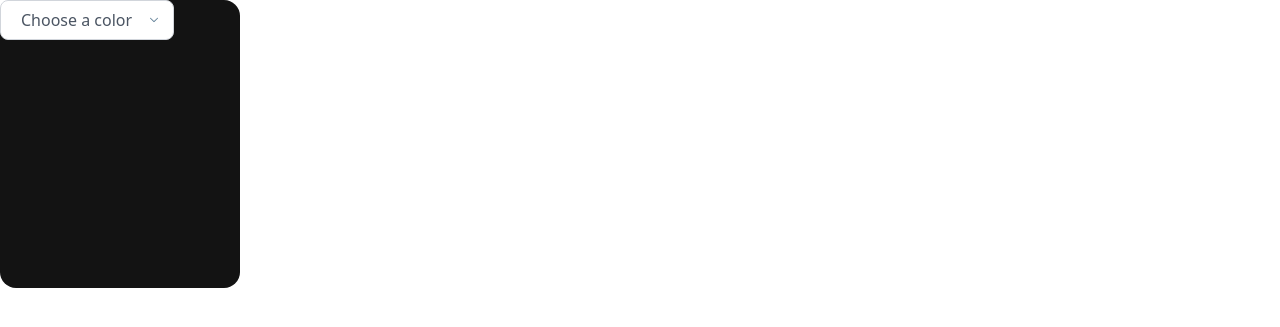
Repository: SayedJamil/Edvora-app
Page: /leftcard
The author's editor kept a copy of each file at every save. The page is drawn from the files as they stood at one save, then again after the next save.
The browser window is 1280 px wide. The pictures show the whole page.
The project was rebuilt for these pictures with package versions that can differ from the ones it lists, and the page was loaded fresh each time. The framework's server and built-in components were replaced by stand-ins that run in the browser. Also part of the build but not shown: next.config.js.

Above is the page before, as saved 2021-12-19 15:53:51.

### pages/leftcard.js
function leftcard() {
    return (
        <div className="h-72 w-60 bg-[#131313] rounded-2xl">

            <div class="relative inline-flex">
                <svg class="w-2 h-2 absolute top-0 right-0 m-4 pointer-events-none" xmlns="http://www.w3.org/2000/svg" viewBox="0 0 412 232"><path d="M206 171.144L42.678 7.822c-9.763-9.763-25.592-9.763-35.355 0-9.763 9.764-9.763 25.592 0 35.355l181 181c4.88 4.882 11.279 7.323 17.677 7.323s12.796-2.441 17.678-7.322l181-181c9.763-9.764 9.763-25.592 0-35.355-9.763-9.763-25.592-9.763-35.355 0L206 171.144z" fill="#648299" fill-rule="nonzero" /></svg>
                <select class="border border-gray-300 rounded-lg text-gray-600 h-10 pl-5 pr-10 bg-white hover:border-gray-400 focus:outline-none appearance-none">
                    <option>Choose a color</option>
                    <option>Red</option>
                    <option>Blue</option>
                </select>
            </div>

        </div>
    )
}

export default leftcard

### styles/globals.css
body {
  margin: 0;
  padding: 0;
}
@tailwind base;
@tailwind components;
@tailwind utilities;

Loaded but not shown: pages/_app.js (common file); tailwind.config.js (common file)

After the next save:
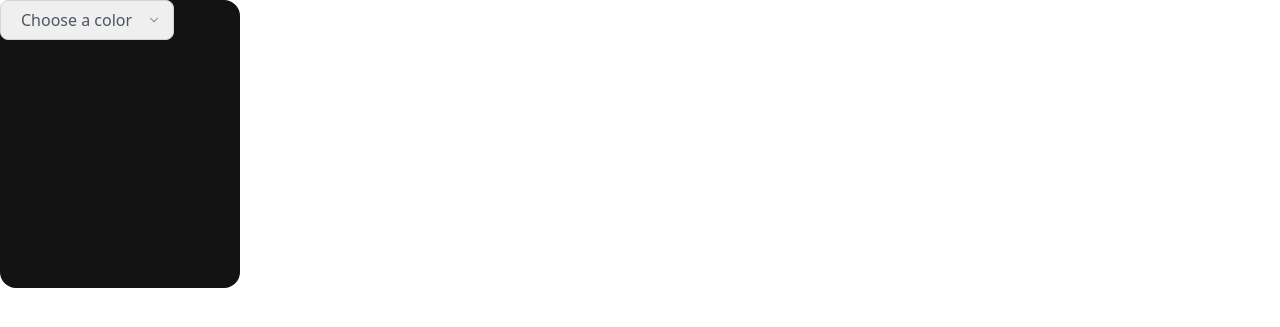
Saved 22 s later.
--- a/pages/leftcard.js
+++ b/pages/leftcard.js
@@ -4,7 +4,7 @@ function leftcard() {
 
             <div class="relative inline-flex">
                 <svg class="w-2 h-2 absolute top-0 right-0 m-4 pointer-events-none" xmlns="http://www.w3.org/2000/svg" viewBox="0 0 412 232"><path d="M206 171.144L42.678 7.822c-9.763-9.763-25.592-9.763-35.355 0-9.763 9.764-9.763 25.592 0 35.355l181 181c4.88 4.882 11.279 7.323 17.677 7.323s12.796-2.441 17.678-7.322l181-181c9.763-9.764 9.763-25.592 0-35.355-9.763-9.763-25.592-9.763-35.355 0L206 171.144z" fill="#648299" fill-rule="nonzero" /></svg>
-                <select class="border border-gray-300 rounded-lg text-gray-600 h-10 pl-5 pr-10 bg-white hover:border-gray-400 focus:outline-none appearance-none">
+                <select class="border border-gray-300 rounded-lg text-gray-600 h-10 pl-5 pr-10 bg-[#232323]hover:border-gray-400 focus:outline-none appearance-none">
                     <option>Choose a color</option>
                     <option>Red</option>
                     <option>Blue</option>
